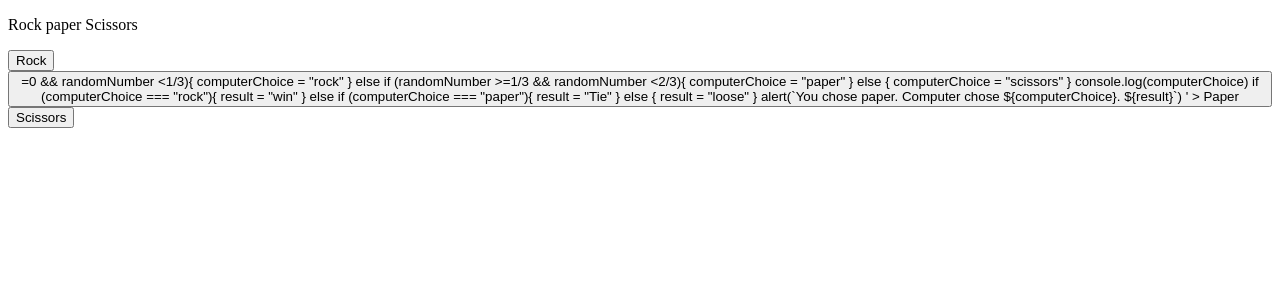
Repository: Samkiroko/Javascript-course
Page: 06-boolens.html
The author's editor kept a copy of each file at every save. The page is drawn from the files as they stood at one save, then again after the next save.
The browser window is 1280 px wide. The pictures show the whole page.

Above is the page before, as saved 2023-08-23 11:30:11.
Console error (its wording comes from the project's code and is left out).

### 06-boolens.html
<!DOCTYPE html>
<html lang="en">
  <head>
    <meta charset="UTF-8" />
    <meta name="viewport" content="width=device-width, initial-scale=1.0" />
    <title>Rock paper scissors</title>
  </head>
  <body>
    <p>Rock paper Scissors</p>
    <button
      onclick="
    const randomNumber = Math.random()
    let computerChoice = ''
    if (randomNumber >=0 &&  randomNumber <1/3){
       computerChoice = 'rock'
    } else if (randomNumber >=1/3 &&  randomNumber <2/3){
       computerChoice = 'paper'
    } else {
       computerChoice = 'scissors'
    }

    console.log(computerChoice)

    let result = ''

    if (computerChoice === 'rock'){
      result = 'Tie'
    } else if (computerChoice === 'paper'){
      result = 'You lose'
    } else {
      result = 'You win'
    }

    alert(`You chose rock. Computer chose ${computerChoice}. ${result}`)
    "
    >
      Rock
    </button>
    <button
      onclick='
      const randomNumber = Math.random();
      let computerChoice = '';

    if (randomNumber >=0 &&  randomNumber <1/3){
       computerChoice = "rock"
    } else if (randomNumber >=1/3 &&  randomNumber <2/3){
       computerChoice = "paper"
    } else {
       computerChoice = "scissors"
    }

    console.log(computerChoice)



    if (computerChoice === "rock"){
      result = "win"
    } else if (computerChoice === "paper"){
      result = "Tie"
    } else {
      result = "loose"
    }

    alert(`You chose paper. Computer chose ${computerChoice}. ${result}`)


    '
    >
      Paper
    </button>
    <button>Scissors</button>
    <script></script>
  </body>
</html>

After the next save:
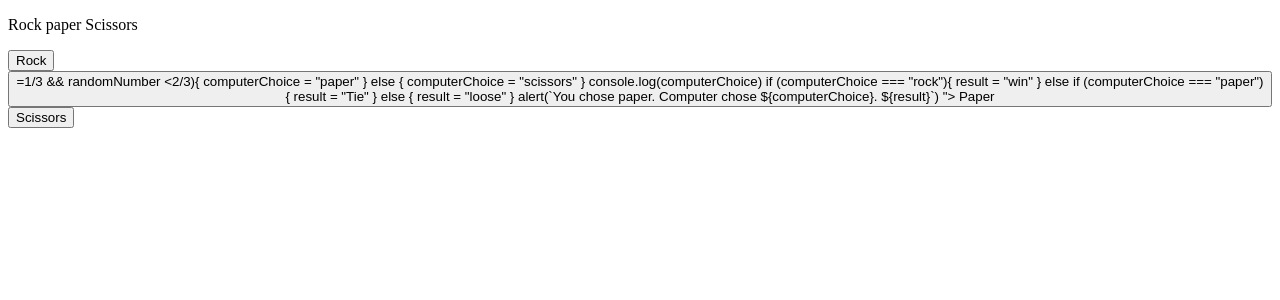
Saved 44 s later.
--- a/06-boolens.html
+++ b/06-boolens.html
@@ -37,7 +37,7 @@
       Rock
     </button>
     <button
-      onclick='
+      onclick ="
       const randomNumber = Math.random();
       let computerChoice = '';
 
@@ -64,8 +64,7 @@
     alert(`You chose paper. Computer chose ${computerChoice}. ${result}`)
 
 
-    '
-    >
+    ">
       Paper
     </button>
     <button>Scissors</button>
